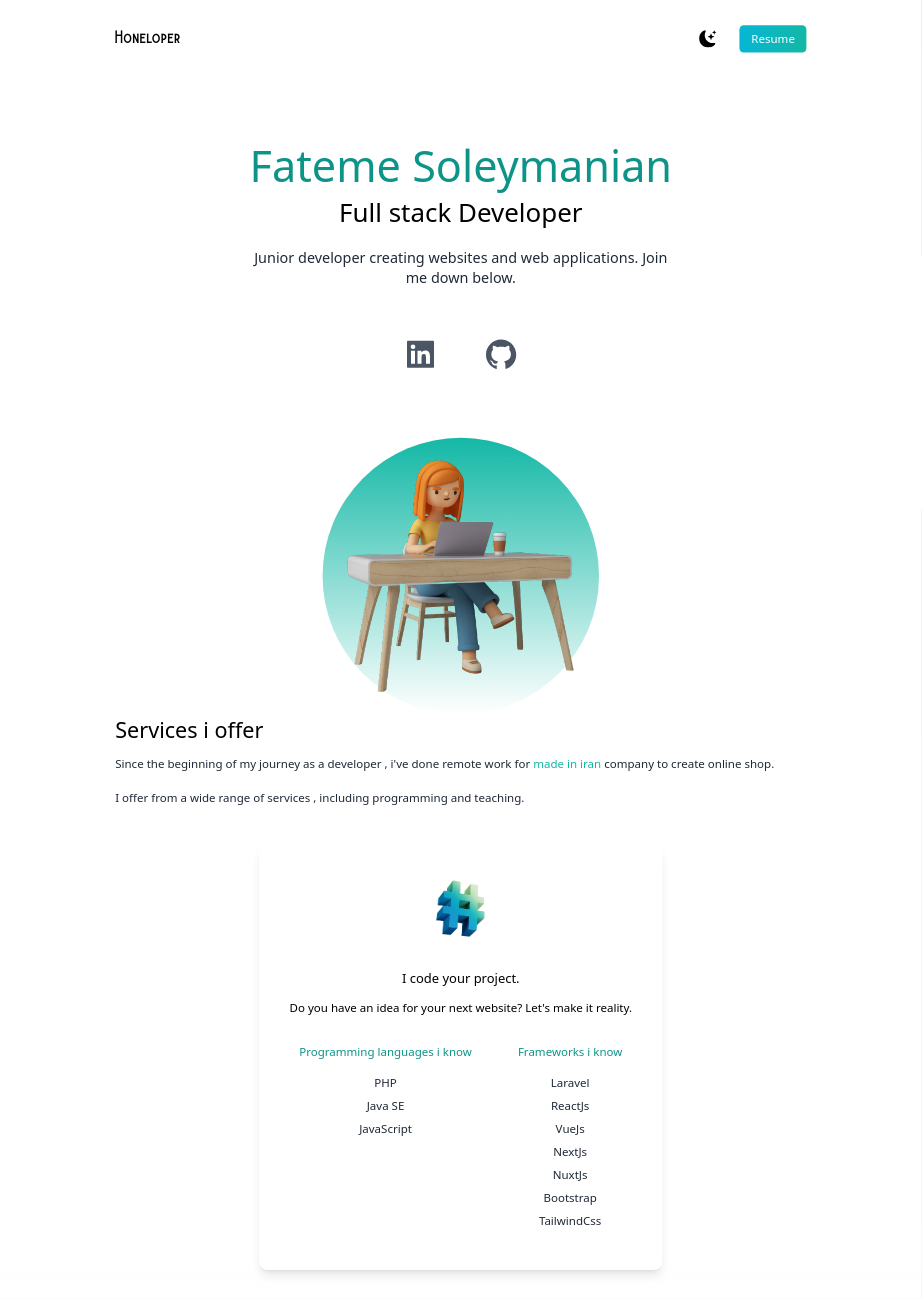
Repository: fatemesoleymanian/portfolio
Page: /
An editor plug-in stored every save of this project. The page is shown before and after the next save, followed by the edit.
The browser window is 1280 px wide. The pictures show the whole page, at 72% of full size.
The project was rebuilt for these pictures with package versions that can differ from the ones it lists, and the page was loaded fresh each time. The framework's server and built-in components were replaced by stand-ins that run in the browser. Also part of the build but not shown: next.config.js.

Above is the page before, as saved 2023-03-10 16:43:44.

After the next save:
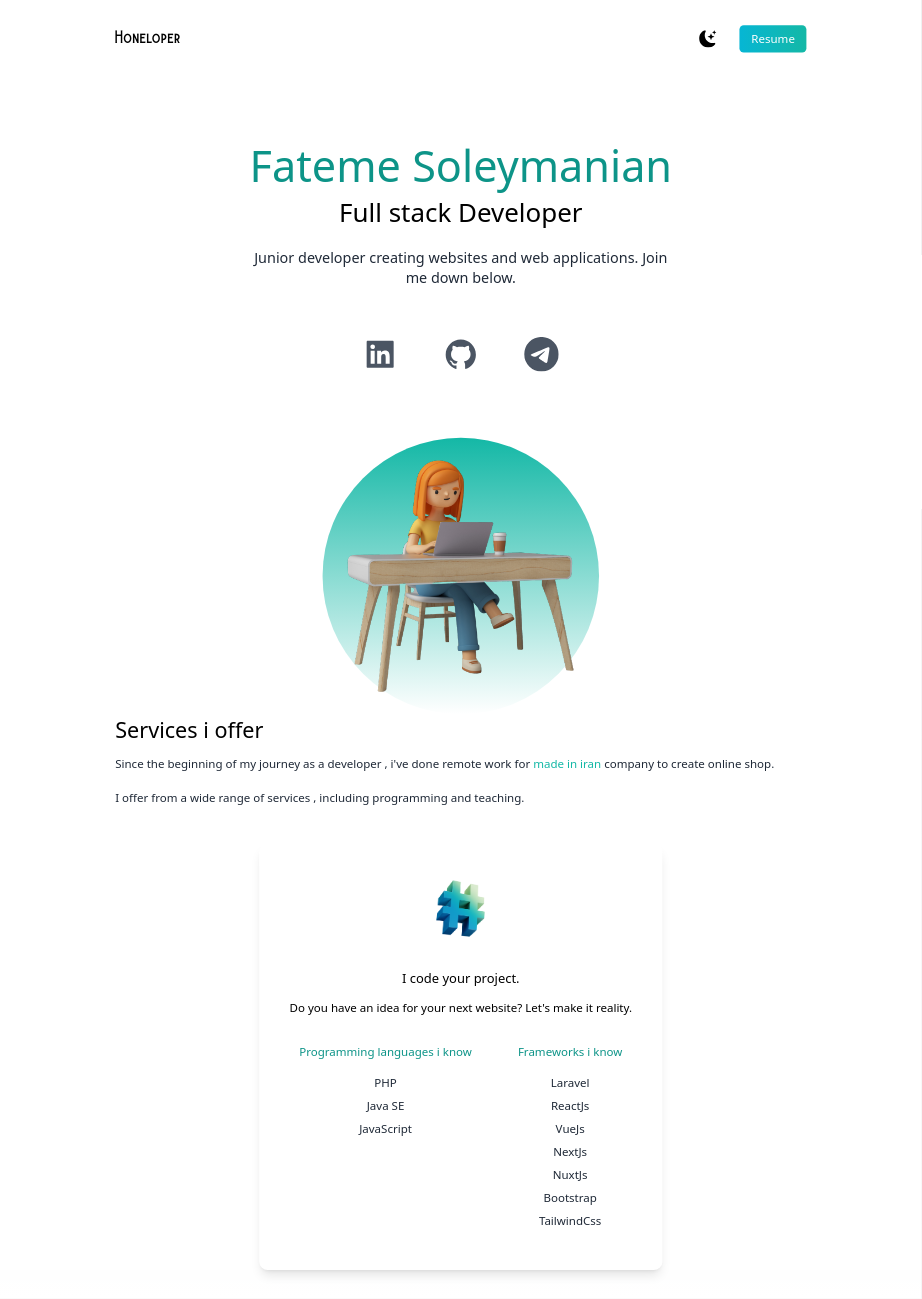
Saved 17 min 28 s later.
--- a/pages/index.js
+++ b/pages/index.js
@@ -1,6 +1,7 @@
 import Head from 'next/head'
 import { BsFillMoonStarsFill } from 'react-icons/bs'
-import { AiFillLinkedin, AiFillGithub } from 'react-icons/ai'
+import { AiFillLinkedin, AiFillGithub , } from 'react-icons/ai'
+import {SiTelegram} from 'react-icons/si'
 import Image from 'next/image'
 import honeloper from '../public/honeloper3d.png'
 import code from '../public/code.png'
@@ -43,6 +44,9 @@ export default function Home() {
               <AiFillLinkedin />  </a>
             <a href="https://github.com/fatemesoleymanian">
               <AiFillGithub />
+            </a>
+            <a href="https://t.me/Honeloper">
+              <SiTelegram />
             </a>
           </div>
           <div className='relative bg-gradient-to-b from-teal-500 rounded-full
